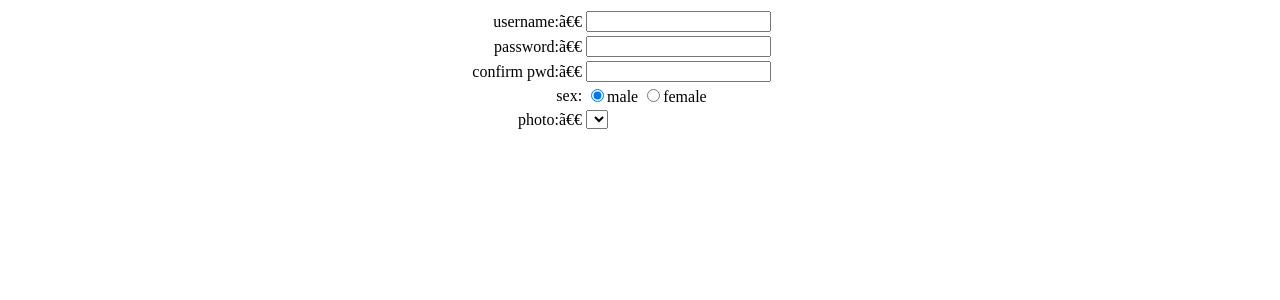
Repository: GetHubByYc/MyEclipse
Page: http://localhost/CheckLogin/reg.jsp
The author's editor kept a copy of each file at every save. The page is drawn from the files as they stood at one save, then again after the next save.
The browser window is 1280 px wide. The pictures show the whole page.
The page is served by Tomcat 9. Other server files are loaded and not shown.

Above is the page before, as saved 2015-11-13 14:11:09.

### CheckLogin/WebRoot/reg.jsp
<%@ page language="java" import="java.util.*" pageEncoding="ISO-8859-1"%>

<!DOCTYPE HTML PUBLIC "-//W3C//DTD HTML 4.01 Transitional//EN">
<html>
  <head>
    <title>My JSP 'reg.jsp' starting page</title>

	<meta http-equiv="pragma" content="no-cache">
	<meta http-equiv="cache-control" content="no-cache">
	<meta http-equiv="expires" content="0">
	<meta http-equiv="keywords" content="keyword1,keyword2,keyword3">
	<meta http-equiv="description" content="This is my page">
	<!--
	<link rel="stylesheet" type="text/css" href="styles.css">
	-->

  </head>

  <body>
    <table align="center" width="450" border="0">
    	<tr>
    		<td align="right">username:　</td>
    		<td><input type="text" name="username" ></td>
    	</tr>
    	<tr>
    		<td align="right">password:　</td>
    		<td><input type="text" name="pwd" ></td>
    	</tr>
    	<tr>
    		<td align="right">confirm pwd:　</td>
    		<td><input type="text" name="repwd" ></td>
    	</tr>
    	<tr>
    		<td align="right">sex: </td>
    		<td>
    			<input type="radio" name="sex" value="male" checked="checked">male
    			<input type="radio" name="sex" value="fmale">female
    		</td>

    	</tr>
    	<tr>
    		<td align="right">photo:　</td>
    		<td>
    			<select name="photo" id="photo" onchange="change();"></select>

    		</td>
    	</tr>
    </table>
  </body>
</html>

After the next save:
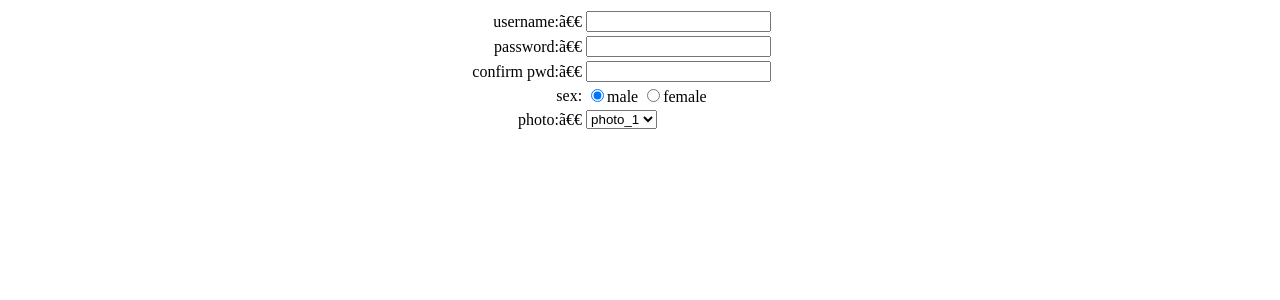
Saved 4 min 3 s later.
--- a/CheckLogin/WebRoot/reg.jsp
+++ b/CheckLogin/WebRoot/reg.jsp
@@ -41,7 +41,11 @@
     	<tr>
     		<td align="right">photo:　</td>
     		<td>
-    			<select name="photo" id="photo" onchange="change();"></select>
+    			<select name="photo" id="photo" onchange="change();">
+    				<option value="images/avatar_Dante_small1.jpg" selected="selected">photo_1</option>
+    				<option value="images/avatar_Go_small1.jpg">photo_2</option>
+    				<img id="photo_img"src="images/avatar_Dante_small1.jpg">
+    			</select>
 
     		</td>
     	</tr>
